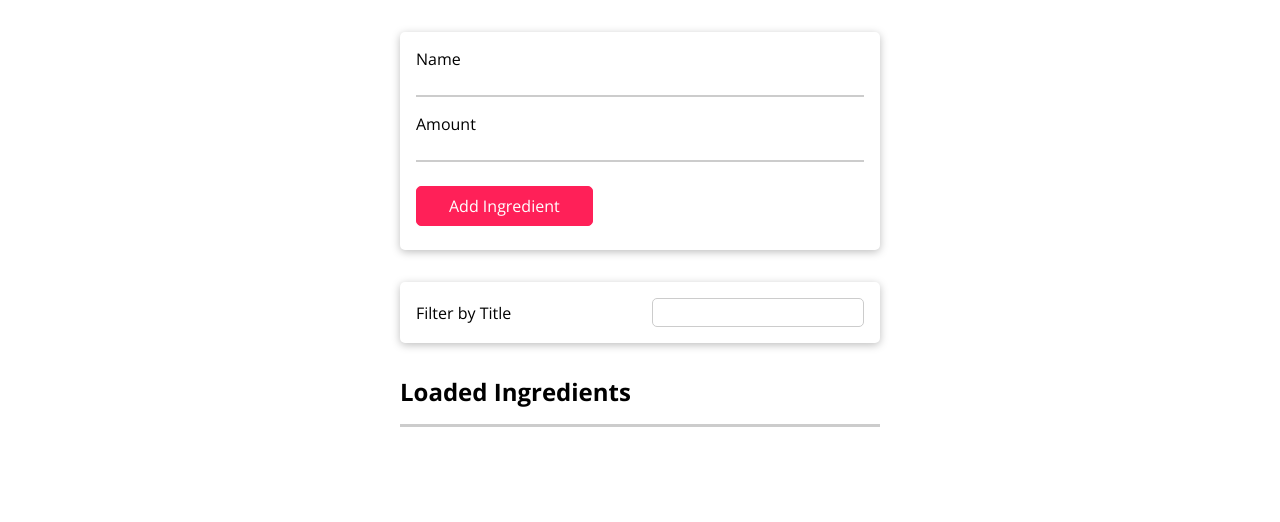
Repository: davinder-kumar/React-Hooks
Page: /, after clicking the first element matching `button`
These files come from the project's save history. The page is drawn as it stood at one moment and after the next save; the edit follows.
The browser window is 1280 px wide. The pictures show the whole page.
The page's requests for data from a server got no answer. The project was rebuilt for these pictures with package versions that can differ from the ones it lists, and the page was loaded fresh each time. No one was signed in, and anything a server would have sent is missing. Also part of the build but not shown: src/components/UI/LoadingIndicator.css, src/components/UI/LoadingIndicator.js, src/components/UI/ErrorModal.css, src/components/UI/ErrorModal.js, src/components/Auth.css.

Above is the page before, as saved 2020-03-09 21:11:48.

After the next save:
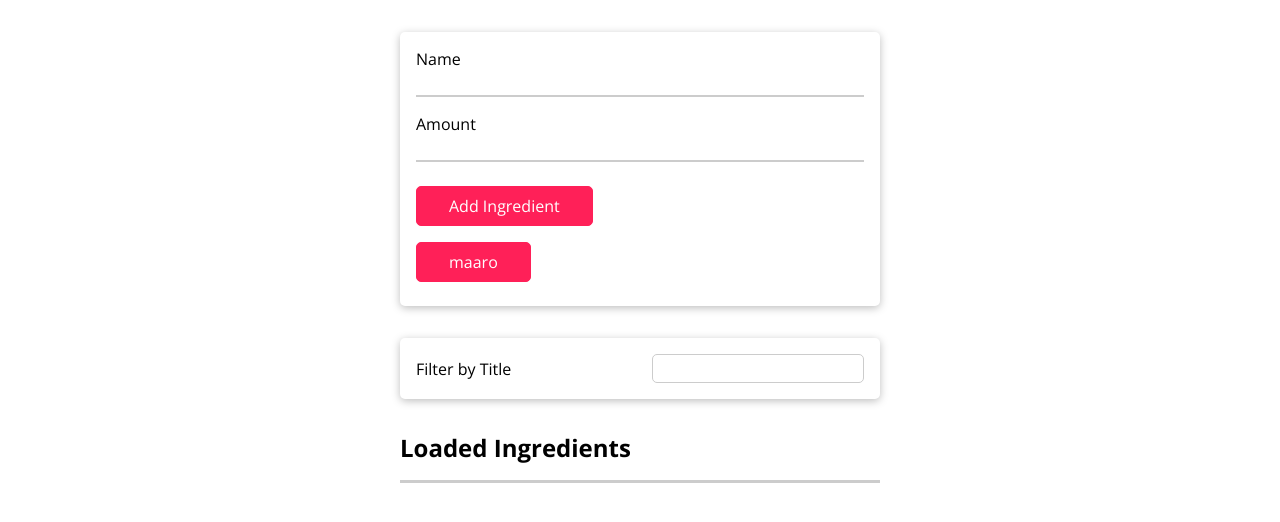
Saved 14 min 0 s later.
--- a/src/components/Ingredients/IngredientForm.js
+++ b/src/components/Ingredients/IngredientForm.js
@@ -46,6 +46,9 @@ const IngredientForm = React.memo(props => {
             <button type="submit">Add Ingredient</button>
             {props.isLoading && <Sppinner /> }
           </div>
+          <button>
+             maaro
+          </button>
         </form>
       </Card>
     </section>
